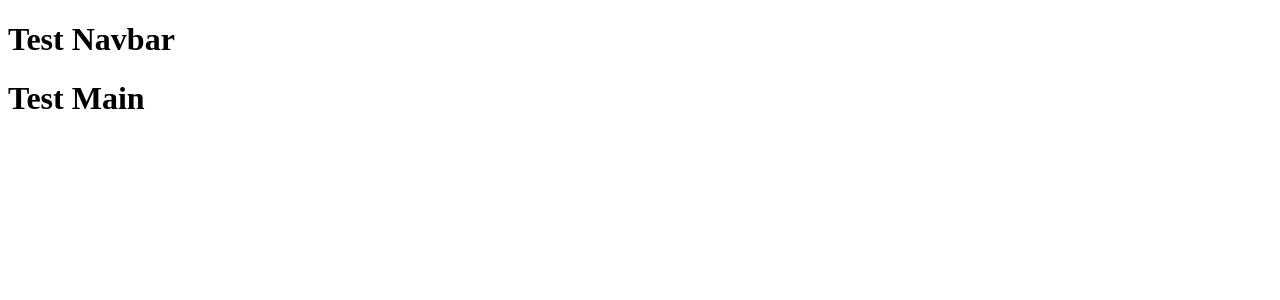
Repository: evemcd/scrimba-react2
Page: / (app in vite-react/)
These files come from the project's save history. The page is drawn as it stood at one moment and after the next save; the edit follows.
The browser window is 1280 px wide. The pictures show the whole page.
The project was rebuilt for these pictures with package versions that can differ from the ones it lists, and the page was loaded fresh each time. Also part of the build but not shown: vite-react/vite.config.js, vite-react/src/index.css.

Above is the page before, as saved 2023-08-04 09:55:31.

### vite-react/index.html
<!doctype html>
<html lang="en">

<head>
  <meta charset="UTF-8" />
  <meta name="viewport" content="width=device-width, initial-scale=1.0" />
  <title>ReactFacts</title>
</head>

<body>
  <div id="root"></div>
  <script type="module" src="/src/index.jsx"></script>
</body>

</html>

### vite-react/src/index.jsx
/*
Challenge: Project setup

+ Create a `components` folder
+ Create the following components in separate files inside the components folder.  In each one, just render an `h1`
  with the name of the component (e.g. return <h1>Navbar goes here</h1>):
    - Navbar
    - Main
+ Create an App component outside the components folder (sibling to the index.js file)
    - Have App render the Navbar and Main components
+ Import and render the App component inside of index.js using ReactDOM
    - At this point you should have your "Navbar goes here" etc. showing up
      in the mini-browser.
- Go to Google fonts and get the "Inter" font with weights 400, 600, and 700.
  Put the links to those fonts ABOVE the style.css link in index.html (Use
  the `<link/>` elements instead of the @import or npm options for getting
  the fonts. You may need to do some extra research to figure out how this
  works if you haven't done it before)
*/

import React from 'react'
import ReactDOM from 'react-dom'
import './index.css'
import App from './App.jsx'



ReactDOM.render(
  <App />,
  document.getElementById('root'))

### vite-react/src/App.jsx
import React from 'react'
import Navbar from './components/Navbar.jsx'
import Main from './components/Main.jsx'

export default function App() {
    return (
        <div>
            <Navbar />
            <Main />
        </div>
    )
}

### vite-react/src/components/Navbar.jsx
export default function Navbar() {
    return (
        <h1>Test Navbar</h1>
    )
}

### vite-react/src/components/Main.jsx
export default function Main() {
    return (
        <h1>Test Main</h1>
    )
}

After the next save:
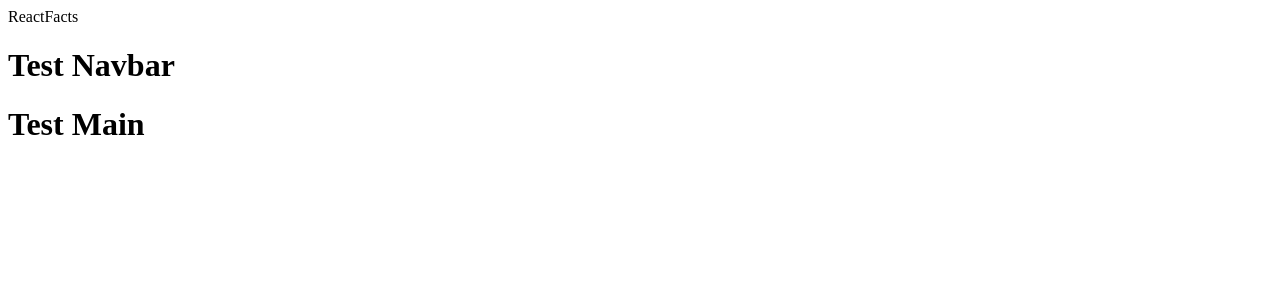
Saved 15 s later.
--- a/vite-react/index.html
+++ b/vite-react/index.html
@@ -4,7 +4,7 @@
 <head>
   <meta charset="UTF-8" />
   <meta name="viewport" content="width=device-width, initial-scale=1.0" />
-  <title>ReactFacts</title>
+  <link <title>ReactFacts</title>
 </head>
 
 <body>

After the save that followed:
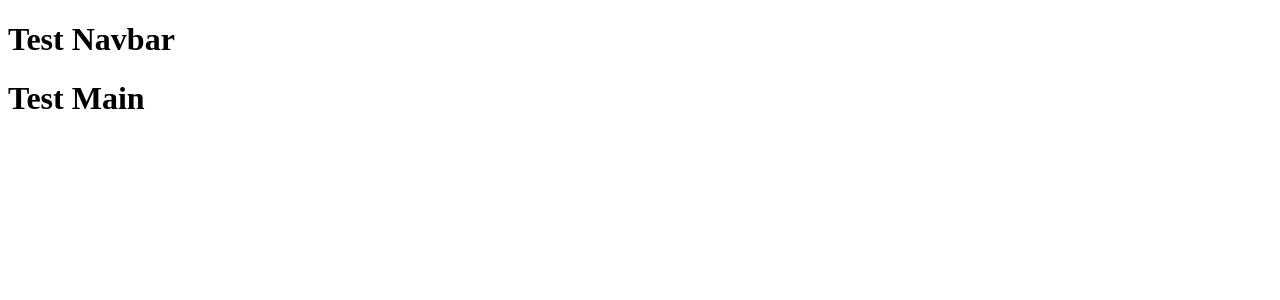
Saved 30 s later.
--- a/vite-react/index.html
+++ b/vite-react/index.html
@@ -4,7 +4,7 @@
 <head>
   <meta charset="UTF-8" />
   <meta name="viewport" content="width=device-width, initial-scale=1.0" />
-  <link <title>ReactFacts</title>
+  <title>ReactFacts</title>
 </head>
 
 <body>
